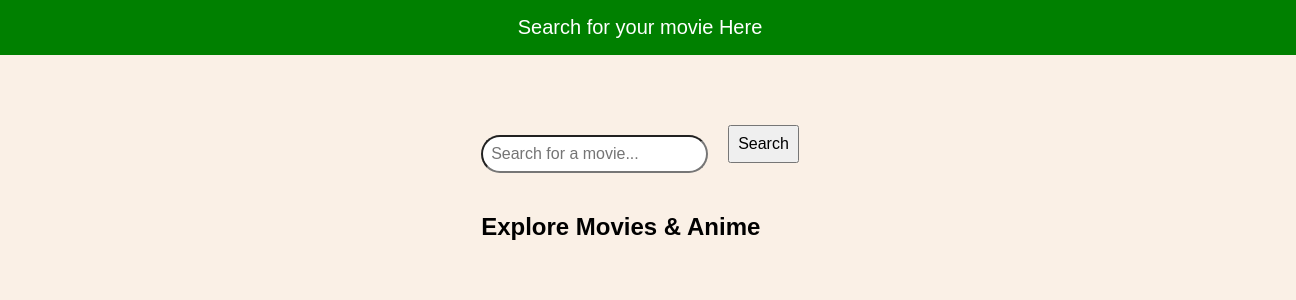
Repository: Femi007-gh/movie-API
Page: index.html
An editor plug-in stored every save of this project. The page is shown before and after the next save, followed by the edit.
The browser window is 1280 px wide. The page is 1296 px wide, so the pictures cover 1296 px, including what lies to the right of the window. The pictures show the whole page.
The page's requests for data from a server got no answer.

Above is the page before, as saved 2025-05-09 08:57:34.

After the next save:
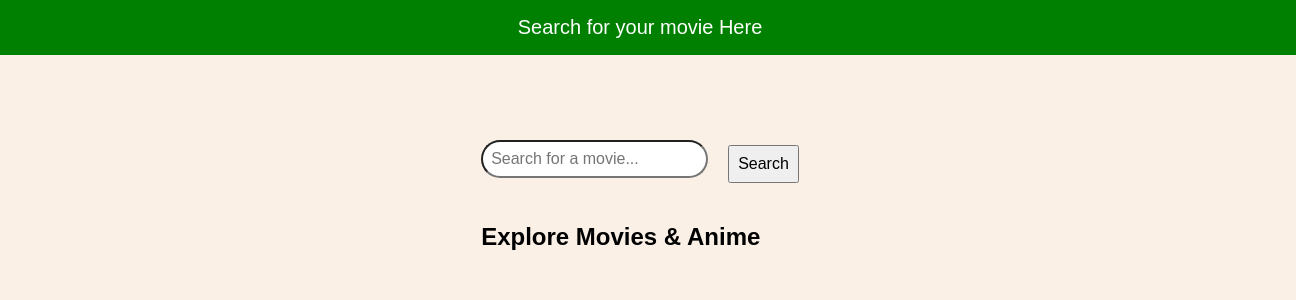
Saved 23 s later.
--- a/style.css
+++ b/style.css
@@ -63,5 +63,5 @@ button {
 }
 
 .search {
-  margin-top: 20px;
+  margin-top: 50px;
 }
